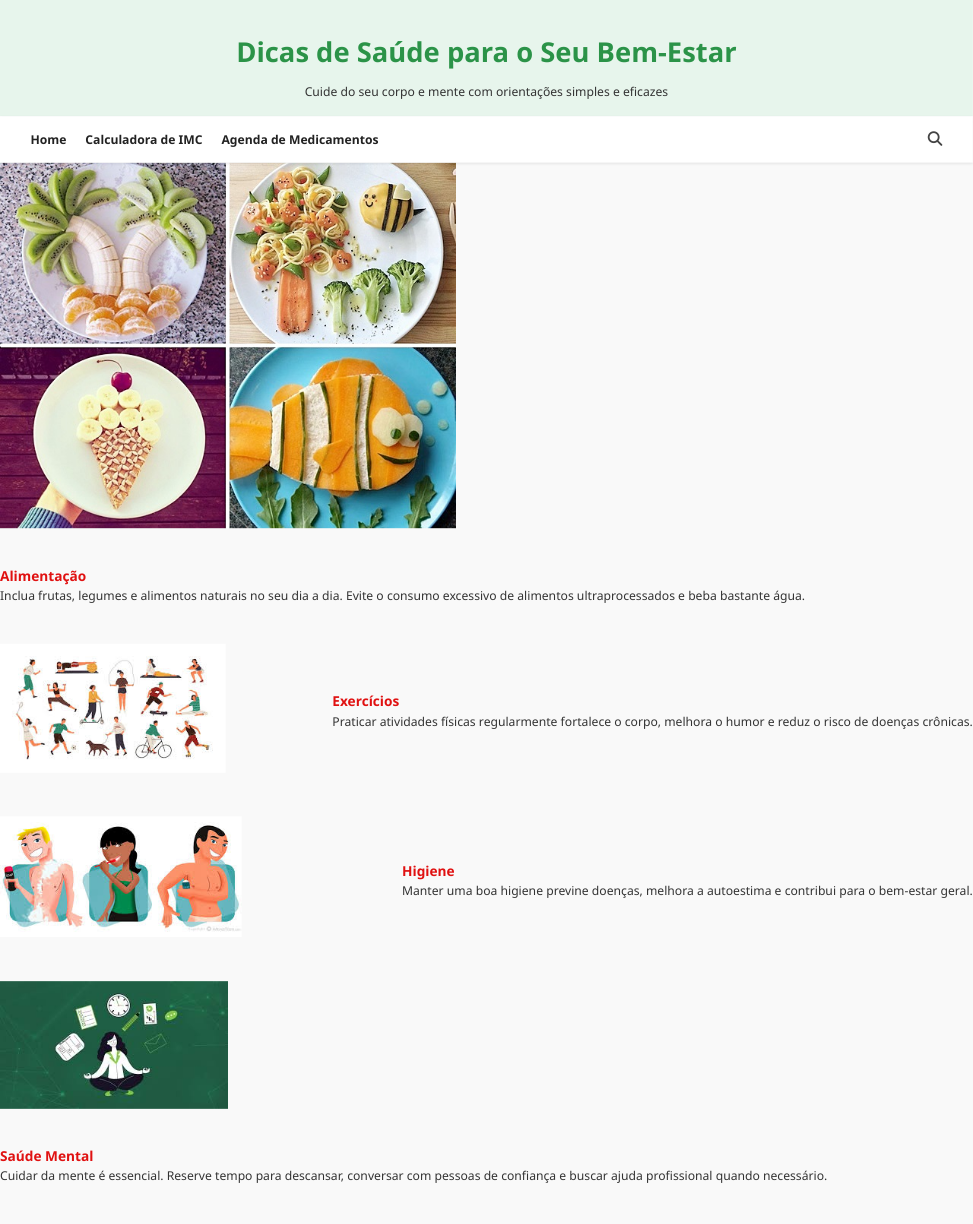
Repository: Cristiane-Sartori14/dicasSaude
Page: index.html
An editor plug-in stored every save of this project. The page is shown before and after the next save, followed by the edit.
The browser window is 1280 px wide. The pictures show the whole page, at 76% of full size.

Above is the page before, as saved 2025-05-18 22:41:14.

After the next save:
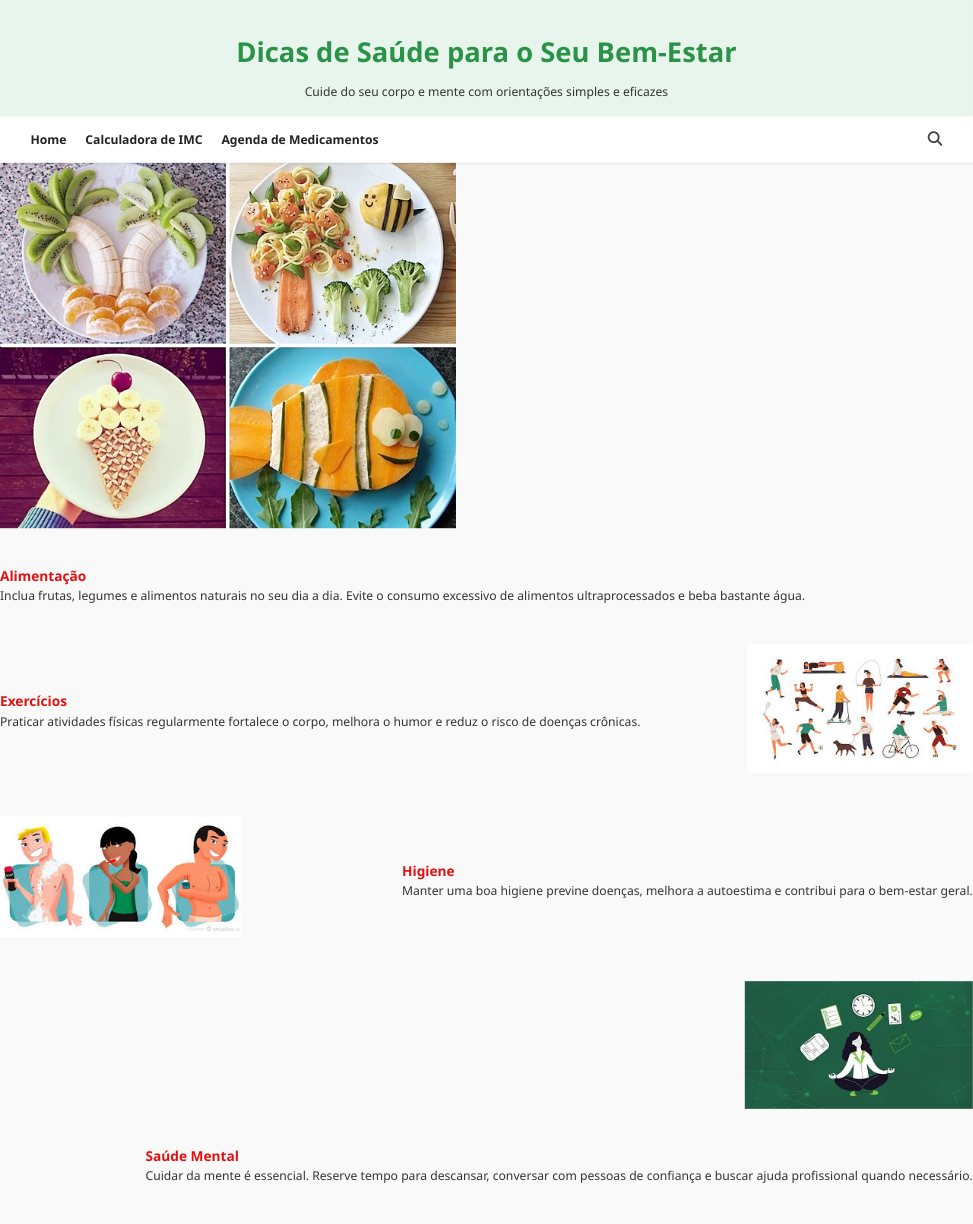
Saved 9 s later.
--- a/style.css
+++ b/style.css
@@ -96,6 +96,10 @@ body {
   flex-wrap: wrap;
 }
 
+.section-saude:nth-child(even) {
+  flex-direction: row-reverse; /* Inverte imagem/texto nos pares para dar variação visual */
+}
+
 .health-image {
     padding-right: 20px;
     flex: 2;
